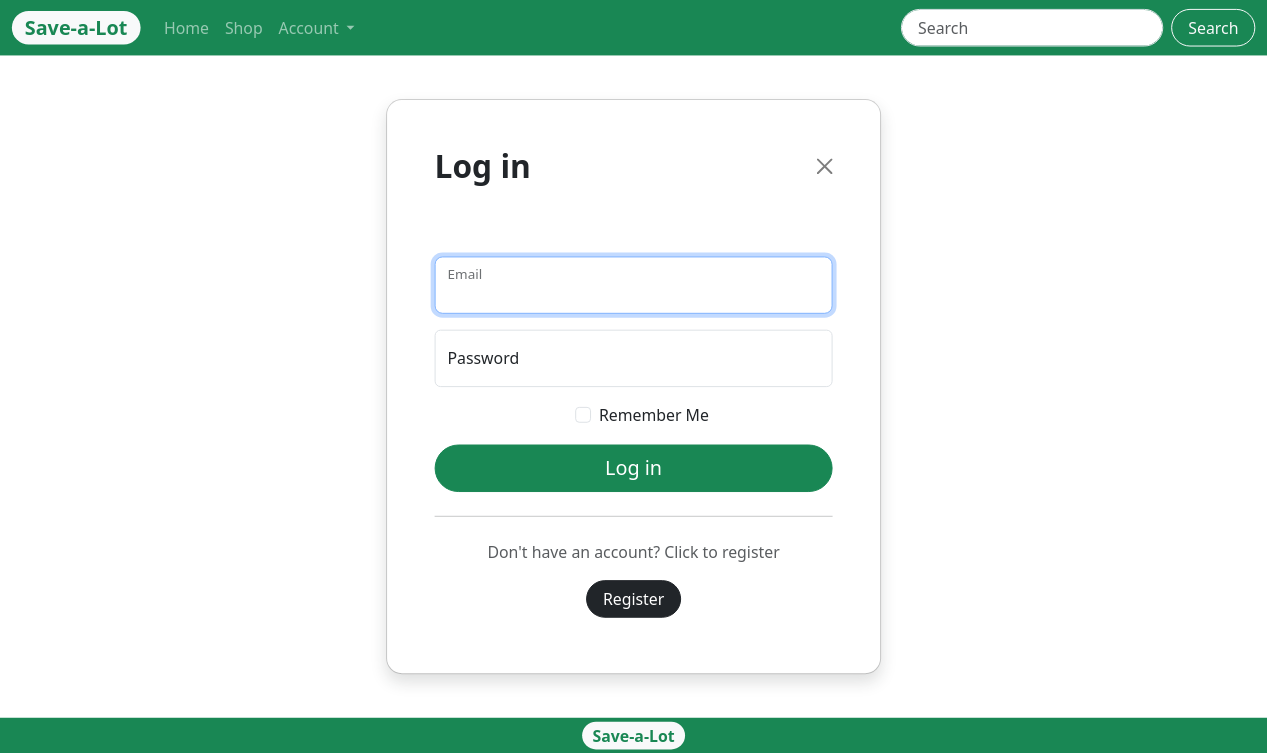
Repository: bill071194/savealot
Page: http://localhost/login
The author's editor kept a record of every edit. The page is drawn from the files as they stood at one moment, then again after the next edit.
The browser window is 1280 px wide. The pictures show the whole page, at 99% of full size.
The page is served by the project's Laravel application, run on PHP 8.4 with Laravel 10. Other server files are loaded and not shown.

Above is the page before.

### savealot/routes/web.php
<?php

use Illuminate\Support\Facades\Route;
use App\Http\Controllers\Auth\LoginController;
use App\Http\Controllers\Auth\RegisterController;
use App\Http\Controllers\InventoryController;
use App\Http\Controllers\OrderController;

/*
|--------------------------------------------------------------------------
| Web Routes
|--------------------------------------------------------------------------
|
| Here is where you can register web routes for your application. These
| routes are loaded by the RouteServiceProvider and all of them will
| be assigned to the "web" middleware group. Make something great!
|
*/

// Adding more default view in //
// Route::view('/index', 'index');
Route::view('/shop', 'shop');
Route::view('/login', 'login');
Route::view('/register', 'register');
// Route::view('/cart', 'cart');
Route::view('/admin', 'admin');
// Route::get('/{page}', function (string $page) {
//     return view("$page");
// });
// These might all be phased out later //



// Route::get('/', function () {
//     return view('index.html');
// });

// Route::get('/', function () {
//     return view('index');
// });

Auth::routes();

Route::get('/home', [App\Http\Controllers\HomeController::class, 'index'])->name('home');

// Route::resource('inventory',InventoryController::class)
//     ->only(['index']);

// Route::get('/inventory', [App\Http\Controllers\InventoryController::class, 'index']);
// Route::get('/inventory/{id}', [App\Http\Controllers\InventoryController::class, 'show']);
Route::get('/shop', [App\Http\Controllers\InventoryController::class, 'shop']);


Route::controller(InventoryController::class)->group(function () {
    Route::get('/', 'homepage');
    Route::get('/index', 'homepage');
    Route::get('/inventory', 'index');
    Route::get('/inventory/create', 'create');
    Route::post('/inventory/create', 'store');
    Route::get('/inventory/{id}', 'edit');
    Route::post('/inventory/{id}', 'update');
    Route::post('/inventory/{id}/destroy', 'destroy');
    Route::get('/shop/{id}', 'show');
    Route::post('/shop/{id}/addToCart', 'addToCart');
    Route::post('/shop/{id}/removeFromCart', 'removeFromCart');
    Route::get('/search', 'search');
    Route::get('/cart', 'cart');
    Route::post('/emptyCart', 'emptyCart');
});

Route::controller(OrderController::class)->group(function () {
   Route::post('/cart/checkout', 'checkOut');
});

### savealot/resources/views/auth/login.blade.php
@extends('layouts.base')

@section('title', 'Save-a-lot Login')

@section('activeLogin', 'active')

@section('main')
<div class="modal modal-signin position-static d-block" style="z-index: 955;" tabindex="-1" role="dialog" id="modalSignin">
	<div class="modal-dialog" role="document">
		<div class="modal-content rounded-4 shadow">
			<div class="modal-header p-3 p-sm-5 pb-sm-4 border-bottom-0">
				<h1 class="fw-bold mb-0 fs-2" id="login_h1">Log in</h1>
				<button type="button" class="btn-close" data-bs-dismiss="modal" aria-label="Close"></button>
			</div>
			<div class="modal-body p-3 p-sm-5 pt-0">
				<form method="POST" action="{{ route('login') }}">
                    @csrf
					<div class="form-floating mb-3">
					    <input id="email" type="email" class="form-control rounded-3 @error('email') is-invalid @enderror" name="email" value="{{ old('email') }}" required autocomplete="email" autofocus placeholder="name@example.com">
					    @error('email')
                            <span class="invalid-feedback" role="alert">
                                <strong>{{ $message }}</strong>
                            </span>
                        @enderror
					    <label for="email">Email</label>
					</div>
					<div class="form-floating mb-3">
					    <input input id="password" type="password" class="form-control @error('password') is-invalid @enderror" name="password" required autocomplete="current-password" placeholder="Password">
					    @error('password')
                            <span class="invalid-feedback" role="alert">
                                <strong>{{ $message }}</strong>
                            </span>
                        @enderror
					    <label for="password">Password</label>
					</div>
					<div class="row mb-3">
                            <div class="col-md-6 offset-md-4">
                                <div class="form-check">
                                    <input class="form-check-input" type="checkbox" name="remember" id="remember" {{ old('remember') ? 'checked' : '' }}>

                                    <label class="form-check-label" for="remember">
                                        {{ __('Remember Me') }}
                                    </label>
                                </div>
                            </div>
                        </div>
					<button class="w-100 btn btn-lg rounded-5 px-3 btn-success" type="submit">Log in</button>
				</form>
					<hr class="my-4">
					<p class="text-muted text-center">Don't have an account? Click to register</p>
					<div class="d-flex justify-content-center">
						<a class="mb-2 btn rounded-5 px-3 btn-dark" href="/register">Register</a>
					</div>
			</div>
		</div>
	</div>
</div>
@endsection

### savealot/resources/views/layouts/base.blade.php
<!DOCTYPE html>
<html lang="en">
<head>
	<title>@yield('title')</title>
	<meta charset="utf-8">
	<meta name="viewport" content="width=device-width, initial-scale=1">
	<!-- CSRF Token -->
    <meta name="csrf-token" content="{{ csrf_token() }}">
	{{-- <link rel="stylesheet" href="https://cdn.jsdelivr.net/npm/bootstrap@5.3.0-alpha1/dist/css/bootstrap.min.css"> --}}
	<link rel="stylesheet" href="bootstrap.css">
	<!-- <link rel="stylesheet" href="https://cdn.jsdelivr.net/npm/bootstrap-icons@1.10.3/font/bootstrap-icons.css"> -->
	<script src="https://cdn.jsdelivr.net/npm/bootstrap@5.3.0-alpha1/dist/js/bootstrap.bundle.min.js"></script>
</head>
<body class="min-vh-100 d-flex flex-column">
	<nav class="navbar navbar-expand-sm navbar-dark bg-success">
		<div class="container-fluid align-middle">
			<a class="navbar-brand badge text-bg-light text-success fs-5 rounded-5" href="index">Save-a-Lot</a>
            <button class="navbar-toggler" type="button" data-bs-toggle="collapse" data-bs-target="#navbarSupportedContent" aria-controls="navbarSupportedContent" aria-expanded="false" aria-label="Toggle navigation">
                <span class="navbar-toggler-icon"></span>
			</button>
			<div class="collapse navbar-collapse" id="navbarSupportedContent">
                <ul class="navbar-nav me-auto">
                    <li class="nav-item">
                        <a class="nav-link @yield('activeHome')" aria-current="page" href="index">Home</a>
                    </li>
                    <li class="nav-item">
                        <a class="nav-link @yield('activeShop')" href="shop">Shop</a>
                    </li>
                    <li class="nav-item dropdown">
                        <a class="nav-link dropdown-toggle" href="#" role="button" data-bs-toggle="dropdown" aria-expanded="false">
                            @auth
                                {{Auth::user()->name}}
                            @endauth
                            @guest
                                Account
                            @endguest
                        </a>
                        <ul class="dropdown-menu mb-2">
                            @auth
                                <a class="dropdown-item" href="{{ route('logout') }}"
                                onclick="event.preventDefault();
                                document.getElementById('logout-form').submit();">
                                    {{ __('Logout') }}
                                </a>
                                <form id="logout-form" action="{{ route('logout') }}" method="POST" class="d-none">
                                    @csrf
                                </form>
                            @endauth
                            @guest
                                <li><a class="dropdown-item @yield('activeLogin')" href="/login">Login</a></li>
                                <li><a class="dropdown-item @yield('activeRegister')" href="/register">Register</a></li>
                            @endguest
                            <li><hr class="dropdown-divider"></li>
                            <li><a class="dropdown-item @yield('activeCart')" href="/cart">Cart</a></li>
                            @isset(Auth::user()->email)
                                <li><a class="dropdown-item @yield('activeOrderHistory')" href="/orderhistory">Order History</a></li>
                                @if (Auth::user()->email == "saladmin@localhost")
                                    <li><a class="dropdown-item @yield('activeAdmin')" href="/admin">Admin</a></li>
                                @endif
                            @endisset
                        </ul>
                    </li>
                </ul>
				<form class="d-flex" action="/search" method="get" role="search">
                    <input class="form-control me-2 rounded-5 px-3" type="search" name="search" placeholder="Search" aria-label="Search">
                    <input class="btn btn-outline-light rounded-5 px-3" type="submit" value="Search">
				</form>
			</div>
		</div>
	</nav>

	<main class="container p-3 flex-grow-1">
		@yield('main')
	</main>

	<footer class="container-fluid p-1 bg-success text-center">
		<a class="navbar-brand badge text-bg-light text-success fs-6 rounded-5" href="index">Save-a-Lot</a>
	</footer>

</body>
</html>

Loaded but not shown: savealot/app/Http/Controllers/Auth/ConfirmPasswordController.php (common file); savealot/app/Http/Controllers/Controller.php (common file); savealot/app/Http/Controllers/Auth/LoginController.php (common file); savealot/public/bootstrap.css (library)

After the next edit:
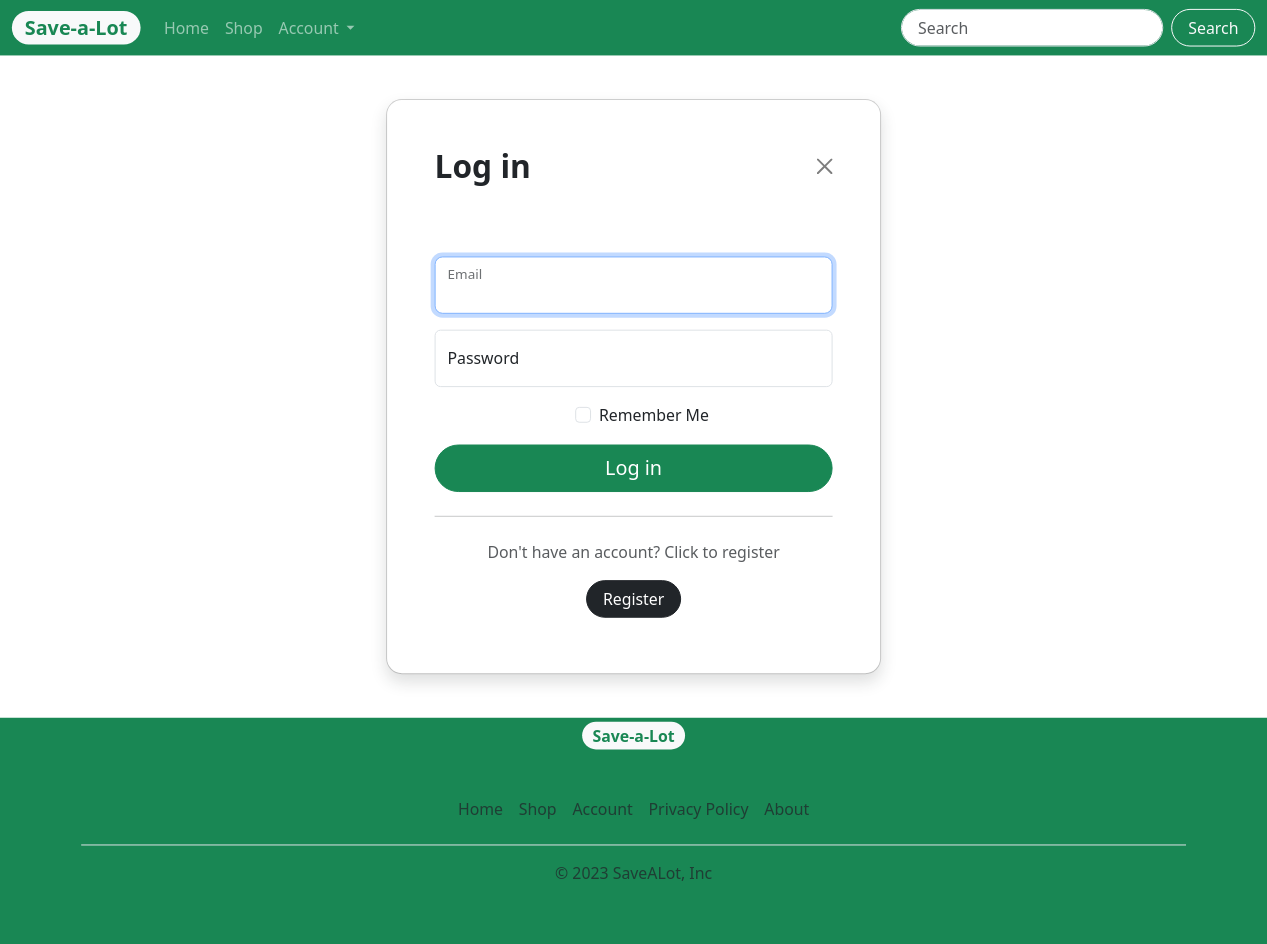
The edit:
--- a/savealot/resources/views/layouts/base.blade.php
+++ b/savealot/resources/views/layouts/base.blade.php
@@ -75,6 +75,30 @@
 
 	<footer class="container-fluid p-1 bg-success text-center">
 		<a class="navbar-brand badge text-bg-light text-success fs-6 rounded-5" href="index">Save-a-Lot</a>
+		<div class="container" bis_skin_checked="1">
+      <footer class="py-3 my-4">
+        <ul class="nav justify-content-center border-bottom pb-3 mb-3">
+          <li class="nav-item">
+            <a href="#" class="nav-link px-2 text-body-secondary">Home</a>
+          </li>
+          <li class="nav-item">
+            <a href="#" class="nav-link px-2 text-body-secondary">Shop</a>
+          </li>
+          <li class="nav-item">
+            <a href="#" class="nav-link px-2 text-body-secondary">Account</a>
+          </li>
+          <li class="nav-item">
+            <a href="privacy" class="nav-link px-2 text-body-secondary"
+              >Privacy Policy</a
+            >
+          </li>
+          <li class="nav-item">
+            <a href="#" class="nav-link px-2 text-body-secondary">About</a>
+          </li>
+        </ul>
+        <p class="text-center text-body-secondary">© 2023 SaveALot, Inc</p>
+      </footer>
+    </div>
 	</footer>
 
 </body>
